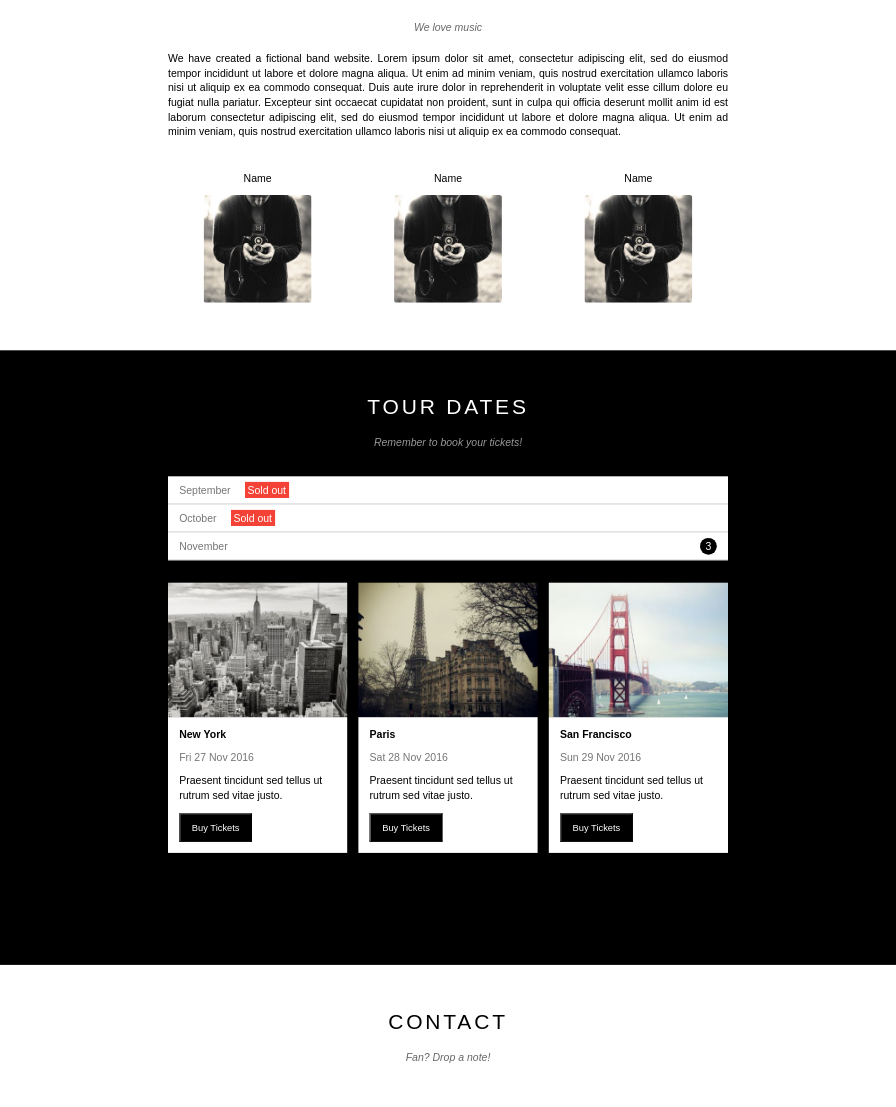
Repository: duyhung0311/band_music
Page: index.html
These files come from the project's save history. The page is drawn as it stood at one moment and after the next save; the edit follows.
The browser window is 1280 px wide. The pictures show the part of the page from y = 779 to 2699 px (the page is 2361 px tall before and 2741 px after), at 70% of full size.

Above is the page before, as saved 2021-08-15 11:50:05.

After the next save:
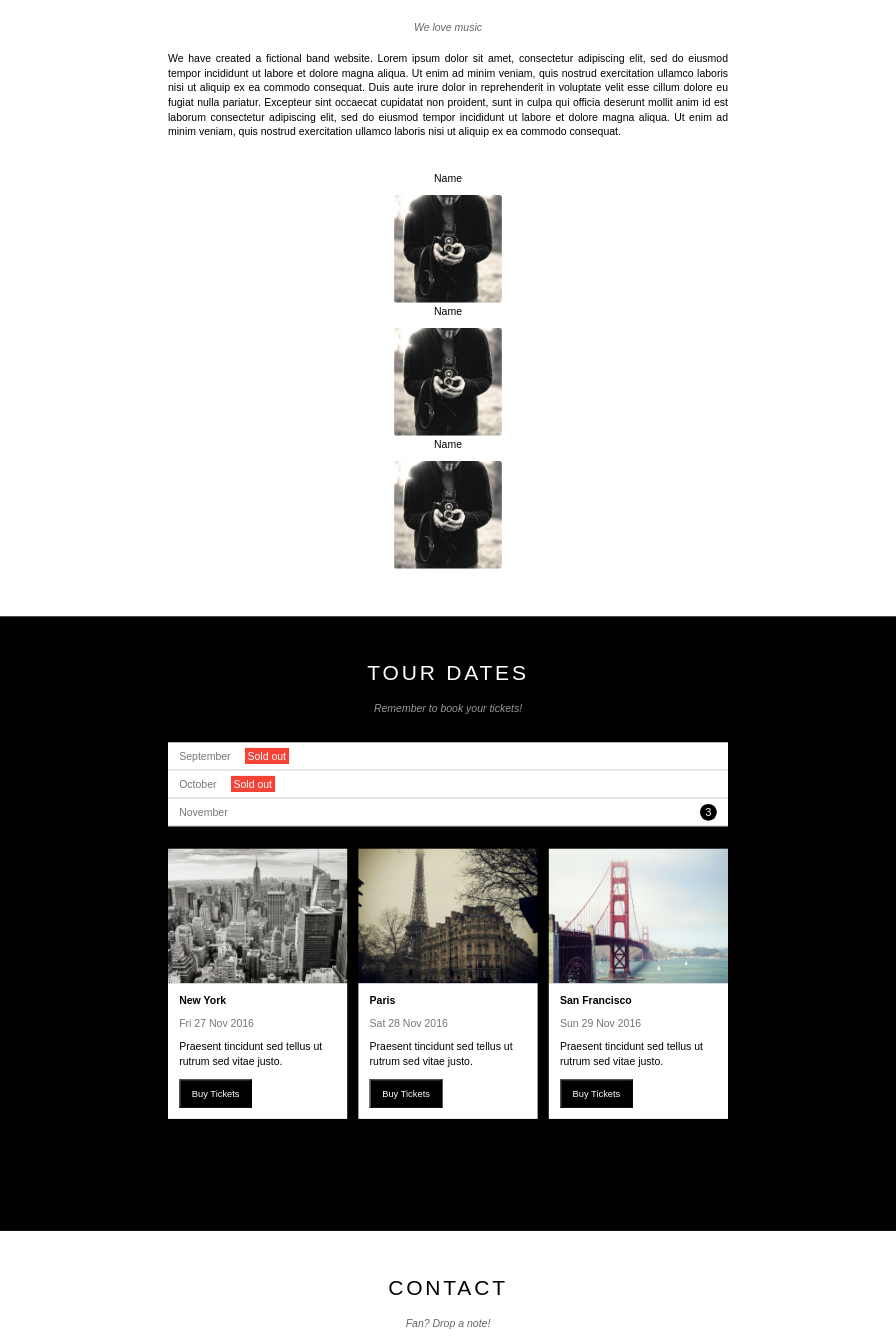
Saved 26 s later.
--- a/assets/css/style.css
+++ b/assets/css/style.css
@@ -185,8 +185,6 @@ html {
 }
 
 #content .member-item {
-    float: left;
-    width: calc(100% / 3);
     text-align: center;
 }
 

After the save that followed:
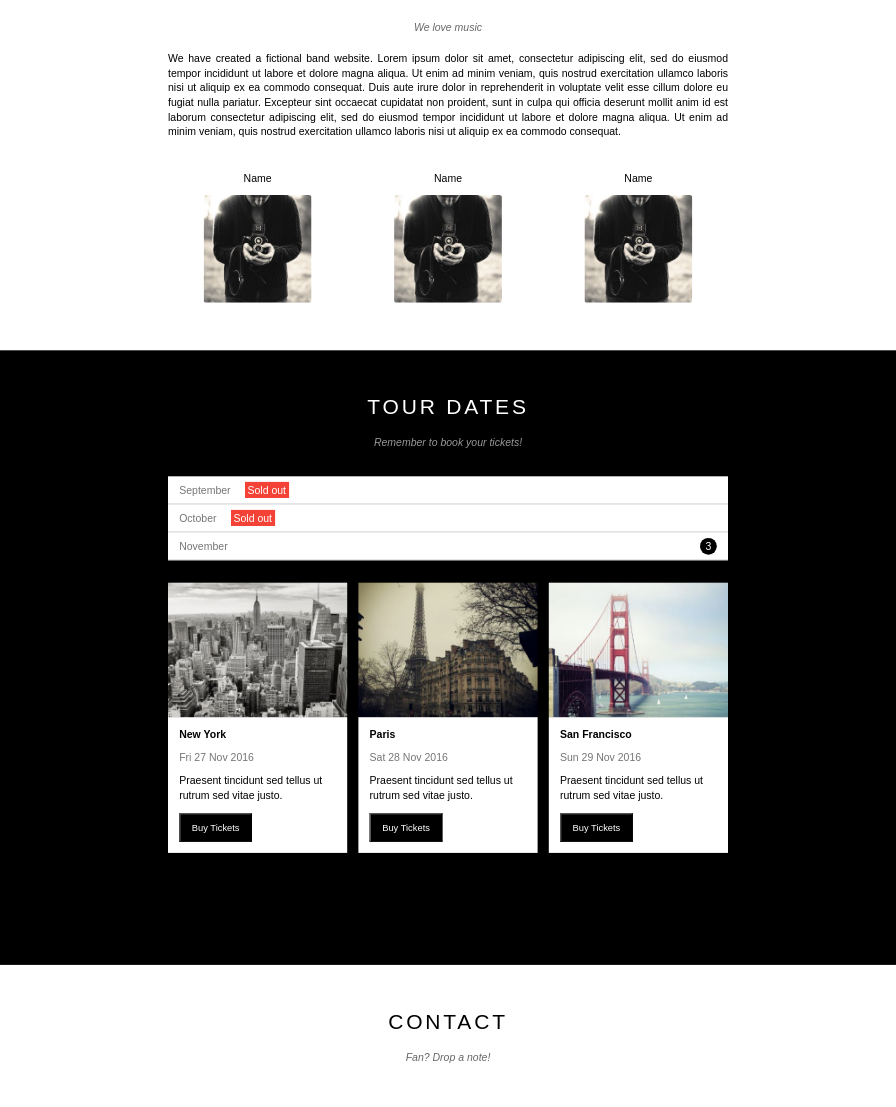
Saved 13 s later.
--- a/index.html
+++ b/index.html
@@ -71,7 +71,7 @@
           </p>
 
           <div class="row members-list">
-            <div class="member-item">
+            <div class="col col-third member-item">
               <p class="member-name">Name</p>
               <img
                 src="./assets/img/ban/member1.jpg"
@@ -80,7 +80,7 @@
               />
             </div>
 
-            <div class="member-item">
+            <div class="col col-third member-item">
               <p class="member-name">Name</p>
               <img
                 src="./assets/img/ban/member1.jpg"
@@ -89,7 +89,7 @@
               />
             </div>
 
-            <div class="member-item">
+            <div class="col col-third member-item">
               <p class="member-name">Name</p>
               <img
                 src="./assets/img/ban/member1.jpg"
